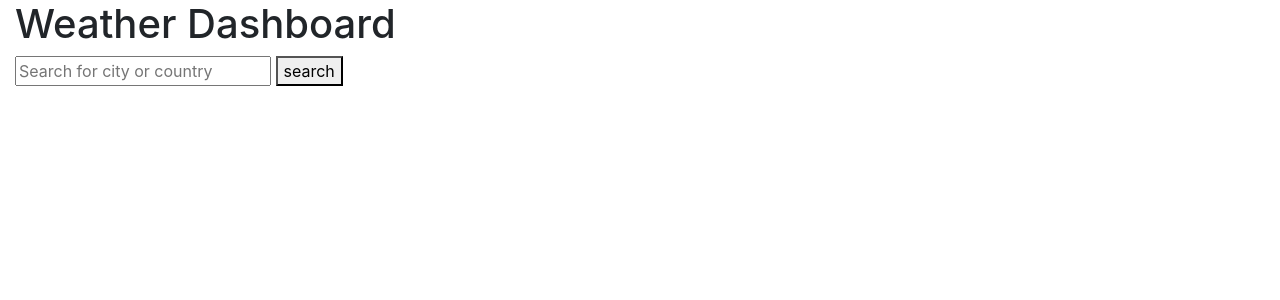
Repository: cobalt88/weather-forecast-app
Page: index.html
An editor plug-in stored every save of this project. The page is shown before and after the next save, followed by the edit.
The browser window is 1280 px wide. The pictures show the whole page.
Some web libraries are served in a nearby version.

Above is the page before, as saved 2022-04-11 20:17:37.

### index.html
<!DOCTYPE html>
<html lang="en">
<head>
  <meta charset="UTF-8">
  <meta http-equiv="X-UA-Compatible" content="IE=edge">
  <meta name="viewport" content="width=device-width, initial-scale=1.0">
  <link
  rel="stylesheet"
  href="https://stackpath.bootstrapcdn.com/bootstrap/4.3.1/css/bootstrap.min.css"
/>
<link
  rel="stylesheet"
  href="https://use.fontawesome.com/releases/v5.8.1/css/all.css"
  integrity="sha384-50oBUHEmvpQ+1lW4y57PTFmhCaXp0ML5d60M1M7uH2+nqUivzIebhndOJK28anvf"
  crossorigin="anonymous"
/>
<link
  href="https://fonts.googleapis.com/css?family=Open+Sans&display=swap"
  rel="stylesheet"
/>

<link href="style.css" rel="stylesheet">
  <title>Document</title>
</head>
<body>

  <header><h1 class="center col-12">Weather Dashboard</h1></header>
  <div class="col-xl-4 col-lg-4 col-md-4 col-sm-4 col-4">
    <input type="text" id="searchInput" placeholder="Search for city or country">
    <button type= 'button' id="search-button">search</button>
    <ul id="city-list"></ul>
  </div>
  <div id="current-day">
  <!-- <h2 id="city">Current City</h2>
  <h2 id="date">Date</h2>
      <img alt="Weather Icon">
      <p id="temp">Current temp</p>
      <p id="wind">Wind Speed</p>
      <p id="humidity">Current Humidity</p> -->
</div>
  <div id="5-day-container" class="cardContainer">

    <!-- <div id="forecast" class="card col-2">
      <h2 id="date">Date</h2>
      <img alt="Weather Icon">
      <p id="temp">Current temp</p>
      <p id="wind">Wind Speed</p>
      <p id="humidity">Current Humidity</p>
    </div>
      -->

  </div>

  <div>
    <ul id="history">

    </ul>
  </div>


  <script src="https://code.jquery.com/jquery-3.4.1.min.js"></script>
  <script src="https://cdnjs.cloudflare.com/ajax/libs/moment.js/2.20.1/moment.min.js"></script>
  <script src="logic_2.js"></script>
</body>
</html>

### style.css
.card {
  background-color: rgb(65, 65, 85);
  color: aliceblue;
  margin: 20px;
}

.cardContainer {
  display: flex;
  flex-direction: row;
}

.cityList {
  display: flex;
  flex-direction: row;
  width: 25%;
  max-width: 500px;
}

### logic_2.js

const apiKey = '486a30fe2a4040f404391459060015ad';
var displayArr = [];
var geoArr = [];
var oneCallDataArr = [];
// var searchHistory = localStorage.getItem('lastSearch');
var lat = '';
var lon = '';
var forecastContainer = document.getElementById('5-day-container');
var currentDay = document.getElementById('current-day')
// var searchHistoryArr = [];
var historyContainer = document.getElementById("history");


function geoLocate(searchInput) {
  var requestLocationUrl = `http://api.openweathermap.org/geo/1.0/direct?q=${searchInput}&limit=1&appid=${apiKey}`
  fetch(requestLocationUrl)
  .then(function(response){
    return response.json();
  })
  .then(function(currentLocation) {
    let tempArr = [];
    tempArr.push(currentLocation);
    geoArr = tempArr;
    let lat2 = geoArr[0][0].lat;
    lat = lat2;
    let lon2 = geoArr[0][0].lon;
    lon = lon2;
  })
.then(function(){
    oneCall();
  });
};

function oneCall() {
  let oneCallApi = `https://api.openweathermap.org/data/2.5/onecall?lat=${lat}&lon=${lon}&exclude=minutely&appid=${apiKey}`
  fetch(oneCallApi)
  .then(function(response){
    return response.json();
  })
  .then(function(allData) {
    let tempArr = [];
    tempArr.push(allData)
    oneCallDataArr = tempArr;
    forecastDisplayHandler();
  })
  .then(function(){
    // console.log(oneCallDataArr)
  })
};

  function kelvinToImperial (x) {
    Math.round((x - 273.15) * 1.8 + 32);
  }

function forecastDisplayHandler() {

  var now = moment().format('dddd MMMM do YYYY, h:mm a');
  var currentCity = geoArr[0][0].name;
  //note to self, add function to convert current time to unix time with moments and compare to values in this object to get current temp
  let tempKd = oneCallDataArr[0].daily[0].temp.day;
  let tempKmax = oneCallDataArr[0].hourly[0].temp.max;
  let tempKmin = oneCallDataArr[0].daily[0].temp.min;
  let tempKe = oneCallDataArr[0].daily[0].temp.eve;

  let tempFd = Math.round((tempKd - 273.15) * 1.8 + 32);
  let tempFmin = Math.round((tempKmin - 273.15) * 1.8 + 32);
  let tempFmax = Math.round((tempKmax - 273.15) * 1.8 + 32);
  let tempFe = Math.round((tempKe - 273.15) * 1.8 + 32);

  let windSpeed = oneCallDataArr[0].daily[0].wind_speed;
  let windGust = oneCallDataArr[0].daily[0].wind_gust;
  let windDir = oneCallDataArr[0].daily[0].wind_deg;
  let humidity = oneCallDataArr[0].daily[0].humidity;
  let uvIndex = oneCallDataArr[0].daily[0].uvi;
  let icon = oneCallDataArr[0].daily[0].weather[0].icon;

  let iconSrc = `http://openweathermap.org/img/wn/${icon}@2x.png`

   currentDay.innerHTML =
  ` <h2 id="city">${currentCity}</h2>
    <h4 id="date">${now}</h4>
    <img src="${iconSrc}" alt="Weather Icon">
    <p id="weather-${i}></p>
    <p id="temp-${i}">Day Temp: ${tempFd}</p>
    <p id="temp-${i}">Evening Temp: ${tempFe}</p>
    <p id="temp-${i}">Max Temp: ${tempFmax}</p>
    <p id="temp-${i}">Min Temp: ${tempFmin}</p>
    <p id="wind-${i}">Average Wind Speed: ${windSpeed}</p>
    <p id="wind-${i}">Wind Gust: ${windGust}</p>
    <p id="wind-${i}">Wind Direction: ${windDir} degrees</p>
    <p id="humidity-${i}">Relative Humidity: ${humidity}%</p>
    <p id="uv-index${i}">UV Index: ${uvIndex}</p>`

for (var i = 1; i < 6; i++) {

  let unixTime = oneCallDataArr[0].daily[i].dt;
  let dateString = moment.unix(unixTime).format("MM/DD/YYYY");

  let tempKd = oneCallDataArr[0].daily[i].temp.day;
  let tempKe = oneCallDataArr[0].daily[i].temp.eve;
  let tempKmax = oneCallDataArr[0].daily[i].temp.max;
  let tempKmin = oneCallDataArr[0].daily[i].temp.min;

  let tempFd = Math.round((tempKd - 273.15) * 1.8 + 32);
  // let tempFd = kelvinToImperial(tempKd);
  let tempFe = Math.round((tempKe - 273.15) * 1.8 + 32);
  let tempFmin = Math.round((tempKmin - 273.15) * 1.8 + 32);
  let tempFmax = Math.round((tempKmax - 273.15) * 1.8 + 32);

  let windSpeed = oneCallDataArr[0].daily[i].wind_speed;
  let windGust = oneCallDataArr[0].daily[i].wind_gust;
  let windDir = oneCallDataArr[0].daily[i].wind_deg;

  let humidity = oneCallDataArr[0].daily[i].humidity;
  let uvIndex = oneCallDataArr[0].daily[i].uvi;
  let icon = oneCallDataArr[0].daily[i].weather[0].icon;

  let iconSrc = `http://openweathermap.org/img/wn/${icon}@2x.png`

  forecastContainer.innerHTML +=
      `<div id="day ${i}" class="card col-2">
      <h2 id="date">${dateString}</h2>
      <img src="${iconSrc}" alt="Weather Icon"/>
      <p id="weather-${i}></p>
      <p id="temp-${i}">Day Temp: ${tempFd}</p>
      <p id="temp-${i}">Evening Temp: ${tempFe}</p>
      <p id="temp-${i}">Max Temp: ${tempFmin}</p>
      <p id="temp-${i}">Min Temp: ${tempFmax}</p>
      <p id="wind-${i}">Average Wind Speed: ${windSpeed}</p>
      <p id="wind-${i}">Wind Gust: ${windGust}</p>
      <p id="wind-${i}">Wind Direction: ${windDir} degrees</p>
      <p id="humidity-${i}">Relative Humidity: ${humidity}%</p>
      <p id="uv-index${i}">UV Index: ${uvIndex}</p>
    </div>`
};
}

let loadHistory = (searchInput) => {
  var searchHistoryArr = [];
  let storedData = JSON.parse(localStorage.getItem("Search History"));

    let pushData = (storedData, searchInput) => {
      searchHistoryArr.push(...storedData);
      searchHistoryArr.push(searchInput);
    }

  pushData(storedData, searchInput);
  console.log(searchHistoryArr);
  storeSearch(searchHistoryArr);

}

let storeSearch = (searchHistoryArr) => {


  let key = "Search History";
  localStorage.setItem(key, JSON.stringify(searchHistoryArr))

}


// let loadHistory = () => {
// for(var i = 0; i < searchHistoryArr.length; i++) {

//   if (i < 5) {
//     var text = searchHistoryArr[i];

//     historyContainer.innerHTML +=
//       `<li>${text}</li>`
//     }
//   }
// }

$("#search-button").on("click", function () {
  searchInput = $(this).siblings("#searchInput").val();
  geoLocate(searchInput);
  storeSearch(searchInput);
});

// ability to press enter for function
$(document).on('keypress',function(e) {
  if(e.which == 13) {
      searchInput = $("#searchInput").val()
      geoLocate(searchInput);
      loadHistory(searchInput);
  }
});



// $(document).ready(function(){
//   loadStorage()
//   displayHistory()
// } );

After the next save:
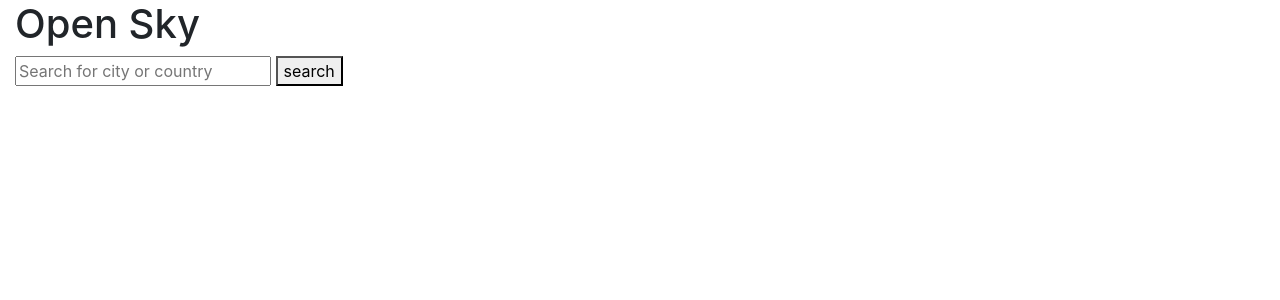
Saved 4 min 2 s later.
--- a/index.html
+++ b/index.html
@@ -24,7 +24,7 @@
 </head>
 <body>
 
-  <header><h1 class="center col-12">Weather Dashboard</h1></header>
+  <header><h1 class="center col-12">Open Sky</h1></header>
   <div class="col-xl-4 col-lg-4 col-md-4 col-sm-4 col-4">
     <input type="text" id="searchInput" placeholder="Search for city or country">
     <button type= 'button' id="search-button">search</button>
